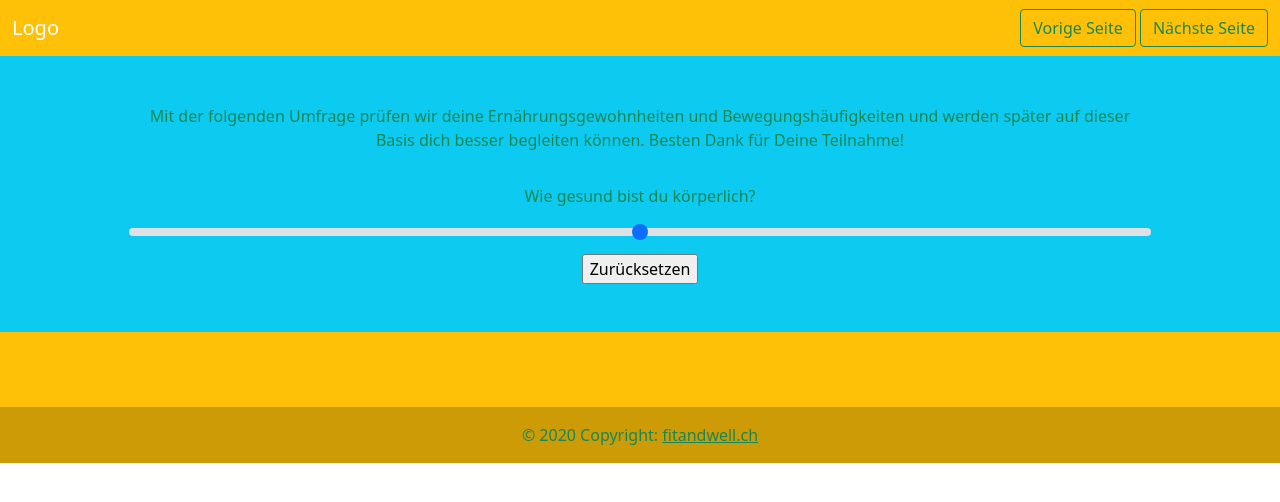
Repository: stephane71183101/Stephane-Personal-Health-Survey
Page: http://localhost/form-q01-start-page.php
An editor plug-in stored every save of this project. The page is shown before and after the next save, followed by the edit.
The browser window is 1280 px wide. The pictures show the whole page.
The page is run by PHP 8.4 with error messages shown; the project is at /var/www/html/.

Above is the page before, as saved 2022-03-15 16:42:05.

### form-q01-start-page.php
<!DOCTYPE html>
<html lang="en">
<head>
    <meta charset="UTF-8">
    <meta http-equiv="X-UA-Compatible" content="IE=edge">
    <meta name="viewport" content="width=device-width, initial-scale=1.0">
    <title>Document</title>
    <link href="https://cdn.jsdelivr.net/npm/bootstrap@5.1.3/dist/css/bootstrap.min.css" rel="stylesheet" integrity="sha384-1BmE4kWBq78iYhFldvKuhfTAU6auU8tT94WrHftjDbrCEXSU1oBoqyl2QvZ6jIW3" crossorigin="anonymous">
    <script src="https://cdn.jsdelivr.net/npm/bootstrap@5.1.3/dist/js/bootstrap.bundle.min.js" integrity="sha384-ka7Sk0Gln4gmtz2MlQnikT1wXgYsOg+OMhuP+IlRH9sENBO0LRn5q+8nbTov4+1p" crossorigin="anonymous"></script>
</head>

<header>
    <nav class="navbar navbar-expand-lg navbar-light bg-warning">
    <div class="container-fluid">
        <a class="navbar-brand text-white" href="#">Logo</a>
        <div class="nav justify-content-end" id="navbarNav">
            <form class="d-flexme-2">
                <button class="btn btn-outline-success" type="submit">Vorige Seite</button>
                <button class="btn btn-outline-success" type="submit">Nächste Seite</button>
            </form>
        </div>
    </div>
    </nav>
</header>

<body>
    <div class="container-fluid pt-5 pb-3 text-center text-success bg-info">
        <div  class="container col-10">
        <p>Mit der folgenden Umfrage prüfen wir deine Ernährungsgewohnheiten und Bewegungshäufigkeiten und werden später auf dieser Basis dich besser begleiten können. Besten Dank für Deine Teilnahme!</p>
        </div>
    </div>

    <div class="container-fluid pb-5 text-center text-success bg-info">
        <div  class="container col-10">
        <form>
        <label for="customRange1" class="form-label pb-2">Wie gesund bist du körperlich?</label>
        <input type="range" class="form-range pb-2" min="0" max="4" step="1" slider-value="3">
        <input type="reset" value="Zurücksetzen">
        </form>
        </div>
    </div>

<footer>
    <div class="text-center text-white bg-warning">
    <!-- Grid container -->
    <div class="container pt-4">
        <!-- Section: Social media -->
        <section class="mb-4">
        <!-- Facebook -->
        <a
            class="btn btn-link btn-floating btn-lg text-dark m-1"
            href="#"
            role="button"
            data-mdb-ripple-color="dark"
            ><i class="fab fa-facebook-f"></i
        ></a>

        <!-- Twitter -->
        <a
            class="btn btn-link btn-floating btn-lg text-dark m-1"
            href="#!"
            role="button"
            data-mdb-ripple-color="dark"
            ><i class="fab fa-twitter"></i
        ></a>

        <!-- Google -->
        <a
            class="btn btn-link btn-floating btn-lg text-dark m-1"
            href="#!"
            role="button"
            data-mdb-ripple-color="dark"
            ><i class="fab fa-google"></i
        ></a>

        <!-- Instagram -->
        <a
            class="btn btn-link btn-floating btn-lg text-dark m-1"
            href="#!"
            role="button"
            data-mdb-ripple-color="dark"
            ><i class="fab fa-instagram"></i
        ></a>

        <!-- Linkedin -->
        <a
            class="btn btn-link btn-floating btn-lg text-dark m-1"
            href="#!"
            role="button"
            data-mdb-ripple-color="dark"
            ><i class="fab fa-linkedin"></i
        ></a>
        <!-- Github -->
        <a
            class="btn btn-link btn-floating btn-lg text-dark m-1"
            href="#!"
            role="button"
            data-mdb-ripple-color="dark"
            ><i class="fab fa-github"></i
        ></a>
        </section>
        <!-- Section: Social media -->
    </div>
    <!-- Grid container -->

    <!-- Copyright -->
    <div class="text-center text-success p-3" style="background-color: rgba(0, 0, 0, 0.2);">
        © 2020 Copyright:
        <a class="text-success" href="#">fitandwell.ch</a>
    </div>
    <!-- Copyright -->
    </div>
</footer>
</body>

</html>

After the next save:
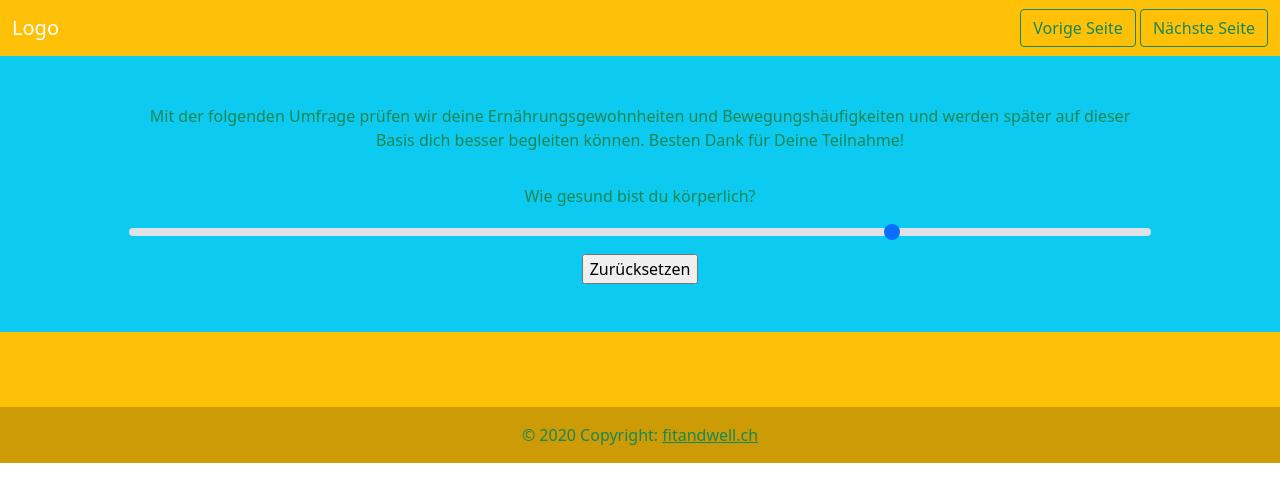
Saved 21 s later.
--- a/form-q01-start-page.php
+++ b/form-q01-start-page.php
@@ -34,7 +34,7 @@
         <div  class="container col-10">
         <form>
         <label for="customRange1" class="form-label pb-2">Wie gesund bist du körperlich?</label>
-        <input type="range" class="form-range pb-2" min="0" max="4" step="1" slider-value="3">
+        <input type="range" class="form-range pb-2" min="0" max="4" step="1" value="3">
         <input type="reset" value="Zurücksetzen">
         </form>
         </div>

After the save that followed:
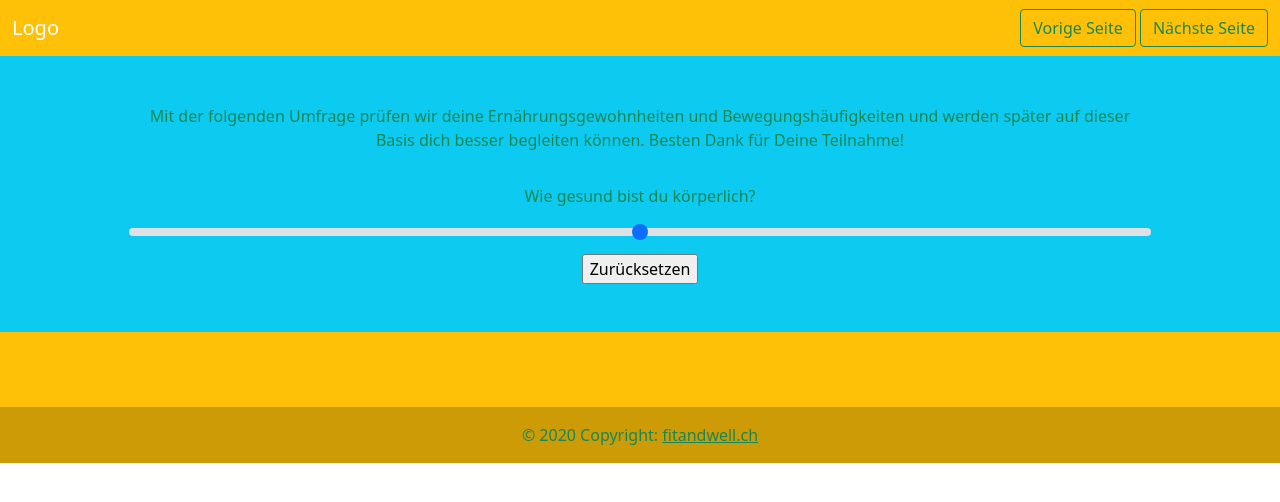
Saved 33 s later.
--- a/form-q01-start-page.php
+++ b/form-q01-start-page.php
@@ -34,7 +34,7 @@
         <div  class="container col-10">
         <form>
         <label for="customRange1" class="form-label pb-2">Wie gesund bist du körperlich?</label>
-        <input type="range" class="form-range pb-2" min="0" max="4" step="1" value="3">
+        <input type="range" class="form-range pb-2" min="0" max="4" step="1" value="">
         <input type="reset" value="Zurücksetzen">
         </form>
         </div>
